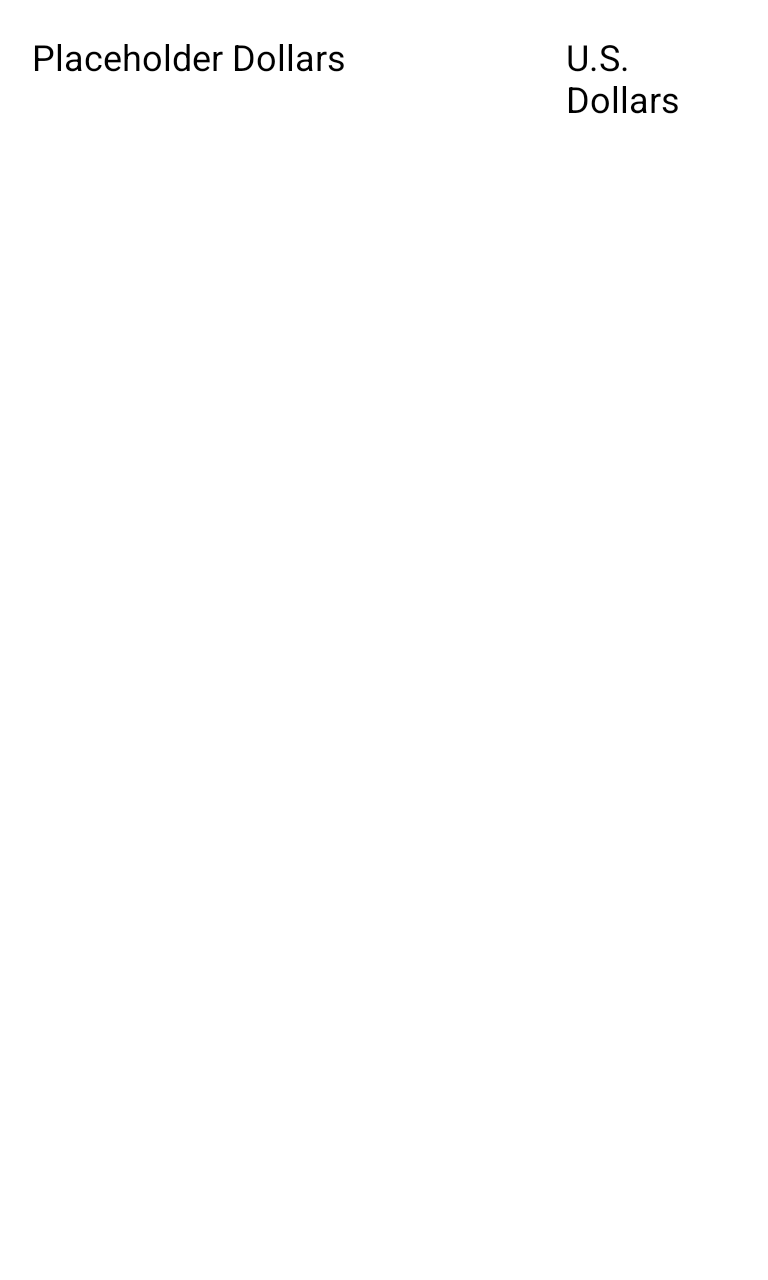
Repository: scottcaruso/mdf3_currencyconverter
Layout: CurrencyConverter/res/layout/activity_currency.xml
An editor plug-in stored every save of this project. The layout is shown before and after the next save, followed by the edit.
It is drawn on a 768 x 1280 px phone screen (xhdpi) without system bars, with theme AppTheme; the app's code is not run.

Above is the layout before, as saved 2013-09-06 03:42:55.

After the next save:
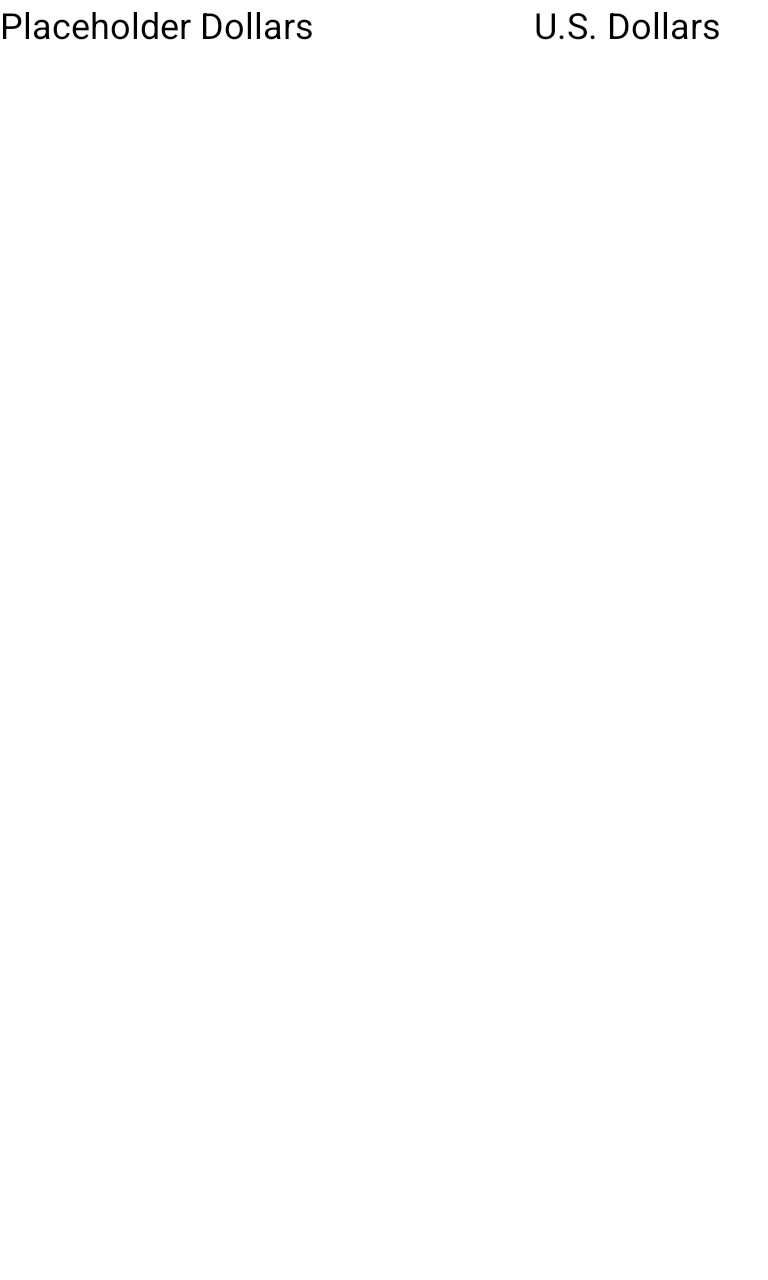
Saved 76 s later.
--- a/CurrencyConverter/res/layout/activity_currency.xml
+++ b/CurrencyConverter/res/layout/activity_currency.xml
@@ -2,15 +2,12 @@
     xmlns:tools="http://schemas.android.com/tools"
     android:layout_width="match_parent"
     android:layout_height="match_parent"
-    android:paddingBottom="@dimen/activity_vertical_margin"
-    android:paddingLeft="@dimen/activity_horizontal_margin"
-    android:paddingRight="@dimen/activity_horizontal_margin"
-    android:paddingTop="@dimen/activity_vertical_margin"
     tools:context=".CurrencyActivity" >
 
     <LinearLayout
         android:layout_width="wrap_content"
-        android:layout_height="wrap_content" >
+        android:layout_height="wrap_content"
+        android:gravity="center" >
 
 	    <TextView
 	        android:id="@+id/TextView01"
